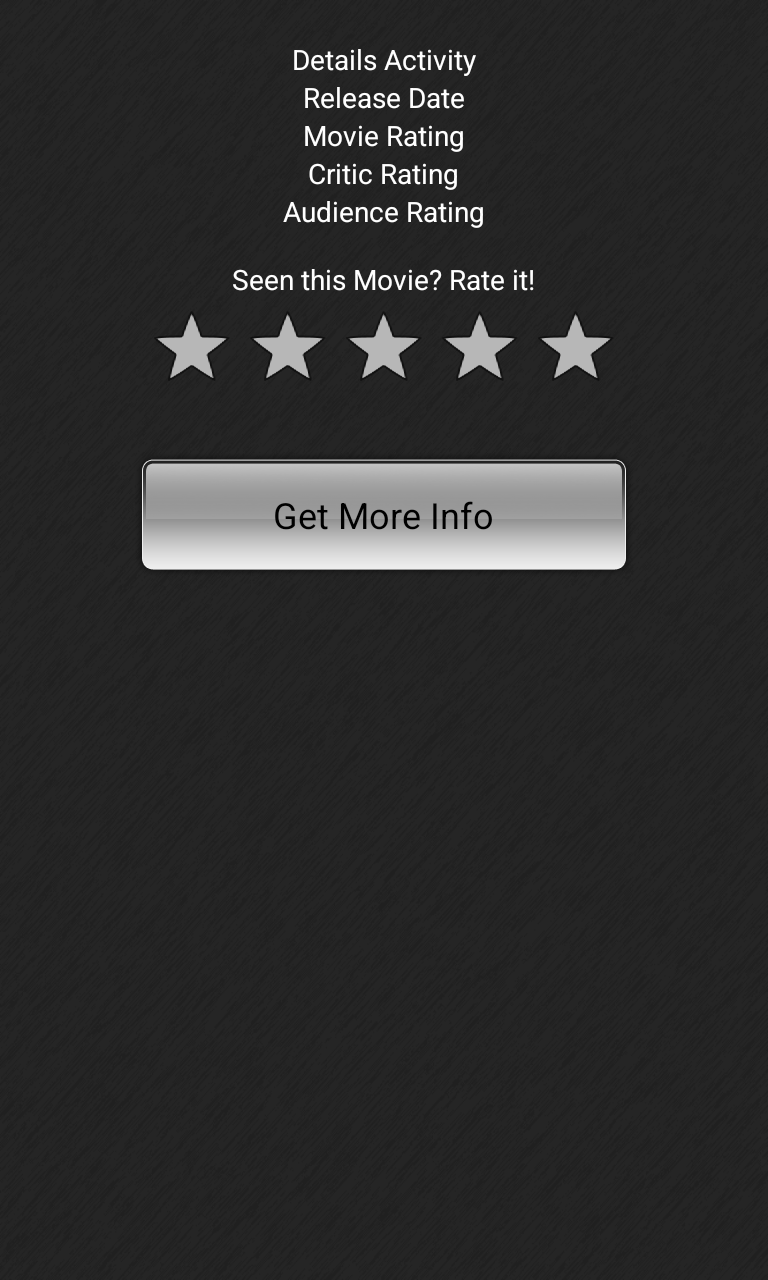
Repository: efreestone/Java2_Freestone
Layout: Java2Project2/res/layout/activity_details.xml
The author's editor kept a copy of each file at every save. The layout is drawn from the files as they stood at one save, then again after the next save.
It is drawn on a 768 x 1280 px phone screen (xhdpi) without system bars, with theme AppTheme; the app's code is not run.

Above is the layout before, as saved 2014-05-16 01:39:34.

### Java2Project2/res/layout/activity_details.xml
<?xml version="1.0" encoding="utf-8"?>
<LinearLayout xmlns:android="http://schemas.android.com/apk/res/android"
    android:layout_width="match_parent"
    android:layout_height="match_parent"
    android:background="@drawable/main_background"
    android:orientation="vertical"
    android:gravity="center_horizontal"
    android:paddingTop="20dp">

    <TextView
        android:id="@+id/titleTextView"
        android:layout_width="wrap_content"
        android:layout_height="wrap_content"
        android:textColor="#ffffff"
        android:text="Details Activity" />

    <TextView
        android:id="@+id/releaseTextView"
        android:layout_width="wrap_content"
        android:layout_height="wrap_content"
        android:textColor="#ffffff"
        android:text="Release Date" />

    <TextView
        android:id="@+id/movieRatingTextView"
        android:layout_width="wrap_content"
        android:layout_height="wrap_content"
        android:textColor="#ffffff"
        android:text="Movie Rating" />

    <TextView
        android:id="@+id/criticRatingTextView"
        android:layout_width="wrap_content"
        android:layout_height="wrap_content"
        android:textColor="#ffffff"
        android:text="Critic Rating" />

    <TextView
        android:id="@+id/audienceRatingTextView"
        android:layout_width="wrap_content"
        android:layout_height="wrap_content"
        android:textColor="#ffffff"
        android:text="Audience Rating" />

    <TextView
        android:id="@+id/ratingsBarTitle"
        android:layout_width="wrap_content"
        android:layout_height="wrap_content"
        android:textColor="#ffffff"
        android:paddingTop="15dp"
        android:text="@string/ratingBarTitleString" />

    <RatingBar
        android:id="@+id/movieRatingBar"
        android:layout_width="wrap_content"
        android:layout_height="wrap_content"
        android:paddingBottom="15dp" />

    <Button
        android:id="@+id/moreInfoButton"
        android:layout_width="wrap_content"
        android:layout_height="wrap_content"
        android:layout_gravity="center"
        android:layout_margin="5dp"
        android:background="@drawable/button_background"
        android:clickable="true"
        android:text="@string/moreInfoButtonString"
        android:width="250dp" />

</LinearLayout>

### Java2Project2/res/values/strings.xml
<?xml version="1.0" encoding="utf-8"?>
<resources>

    <string name="app_name">What 2 Watch</string>
    <string name="detail_name">Details Activity</string>
    <string name="action_settings">Settings</string>
    <string name="titleString">DVD New Releases</string>

    <string name="buttonString">Get New Releases</string>
    <string name="moreInfoButtonString">Get More Info</string>

    <string name="ratingBarTitleString">Seen this Movie? Rate it!</string>

    <!-- Connection Alert strings -->
    <string name="noConnectionTitle">Connection Error</string>
    <string name="noConnectionAlert">This application requires internet access. Please check your network connection and try again.</string>

    <string name="noFileTitle">File does not exist</string>
    <string name="noFileAlert">The file does not exist on your device so it was requested from the API. Select Get New Releases to update the ListView</string>

    <string name="ratingSelectedTitle">Movie Rated</string>

</resources>

### Java2Project2/res/drawable-hdpi/button_background.xml
<?xml version="1.0" encoding="utf-8"?>
<selector xmlns:android="http://schemas.android.com/apk/res/android" >
    <!-- Button Image when pressed -->
    <item
        android:drawable="@drawable/gradient_pressed_9patch"
        android:state_pressed="true"/>

    <!-- Button Image -->
    <item
        android:drawable="@drawable/gradient_9patch"/>



</selector>

### Java2Project2/res/drawable-ldpi/button_background.xml
<?xml version="1.0" encoding="utf-8"?>
<selector xmlns:android="http://schemas.android.com/apk/res/android" >
    <!-- Button Image when pressed -->
    <item
        android:drawable="@drawable/gradient_pressed_9patch"
        android:state_pressed="true"/>

    <!-- Button Image -->
    <item
        android:drawable="@drawable/gradient_9patch"/>



</selector>

### Java2Project2/res/drawable-mdpi/button_background.xml
<?xml version="1.0" encoding="utf-8"?>
<selector xmlns:android="http://schemas.android.com/apk/res/android" >
    <!-- Button Image when pressed -->
    <item
        android:drawable="@drawable/gradient_pressed_9patch"
        android:state_pressed="true"/>

    <!-- Button Image -->
    <item
        android:drawable="@drawable/gradient_9patch"/>



</selector>

### Java2Project2/res/drawable-xhdpi/button_background.xml
<?xml version="1.0" encoding="utf-8"?>
<selector xmlns:android="http://schemas.android.com/apk/res/android" >
    <!-- Button Image when pressed -->
    <item
        android:drawable="@drawable/gradient_pressed_9patch"
        android:state_pressed="true"/>

    <!-- Button Image -->
    <item
        android:drawable="@drawable/gradient_9patch"/>



</selector>

### Java2Project2/res/drawable-xxhdpi/button_background.xml
<?xml version="1.0" encoding="utf-8"?>
<selector xmlns:android="http://schemas.android.com/apk/res/android" >
    <!-- Button Image when pressed -->
    <item
        android:drawable="@drawable/gradient_pressed_9patch"
        android:state_pressed="true"/>

    <!-- Button Image -->
    <item
        android:drawable="@drawable/gradient_9patch"/>



</selector>

Loaded but not shown: Java2Project2/res/values/styles.xml (common file); Java2Project2/res/values-v11/styles.xml (common file); Java2Project2/res/values-v14/styles.xml (common file)

After the next save:
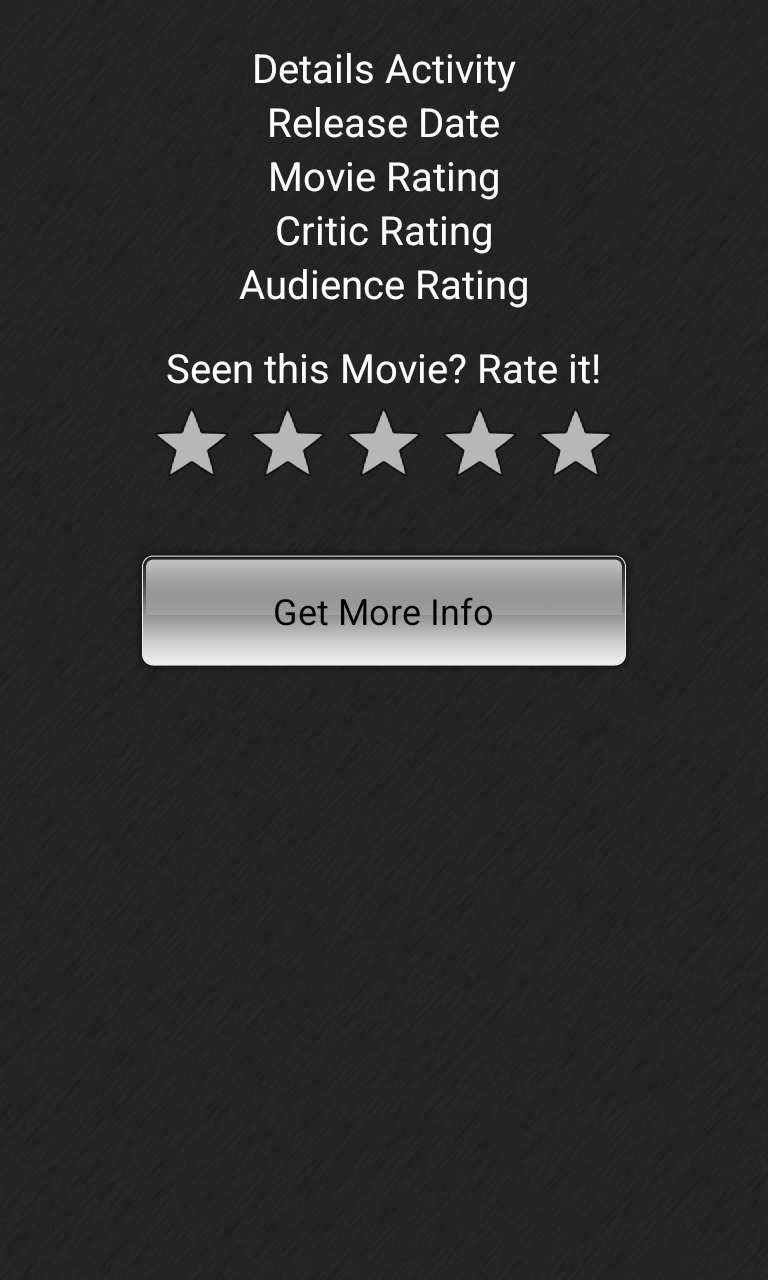
Saved 77 s later.
--- a/Java2Project2/res/layout/activity_details.xml
+++ b/Java2Project2/res/layout/activity_details.xml
@@ -12,6 +12,7 @@
         android:layout_width="wrap_content"
         android:layout_height="wrap_content"
         android:textColor="#ffffff"
+        android:textSize="20sp"
         android:text="Details Activity" />
 
     <TextView
@@ -19,6 +20,7 @@
         android:layout_width="wrap_content"
         android:layout_height="wrap_content"
         android:textColor="#ffffff"
+        android:textSize="20sp"
         android:text="Release Date" />
 
     <TextView
@@ -26,6 +28,7 @@
         android:layout_width="wrap_content"
         android:layout_height="wrap_content"
         android:textColor="#ffffff"
+        android:textSize="20sp"
         android:text="Movie Rating" />
 
     <TextView
@@ -33,6 +36,7 @@
         android:layout_width="wrap_content"
         android:layout_height="wrap_content"
         android:textColor="#ffffff"
+        android:textSize="20sp"
         android:text="Critic Rating" />
 
     <TextView
@@ -40,6 +44,7 @@
         android:layout_width="wrap_content"
         android:layout_height="wrap_content"
         android:textColor="#ffffff"
+        android:textSize="20sp"
         android:text="Audience Rating" />
 
     <TextView
@@ -47,6 +52,7 @@
         android:layout_width="wrap_content"
         android:layout_height="wrap_content"
         android:textColor="#ffffff"
+        android:textSize="20sp"
         android:paddingTop="15dp"
         android:text="@string/ratingBarTitleString" />
 
